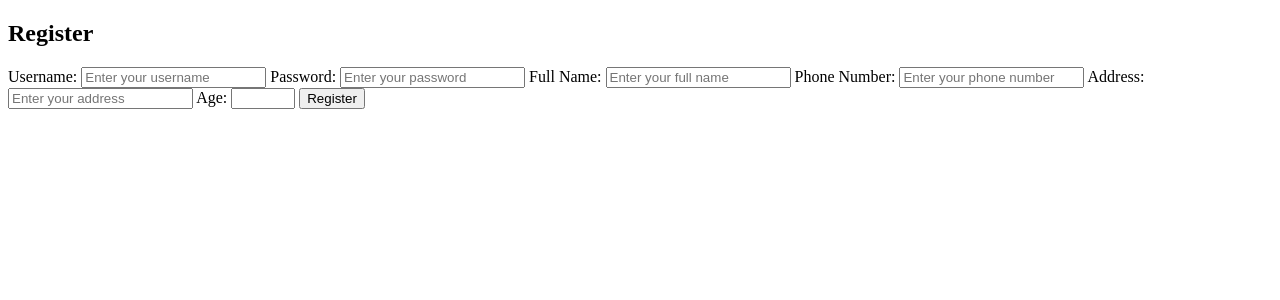
Repository: Loc2804/LTM
Page: http://localhost/RestaurantProject/Register.jsp
These files come from the project's save history. The page is drawn as it stood at one moment and after the next save; the edit follows.
The browser window is 1280 px wide. The pictures show the whole page.
The page is served by Tomcat 10.

Above is the page before, as saved 2024-12-07 08:42:28.

After the next save:
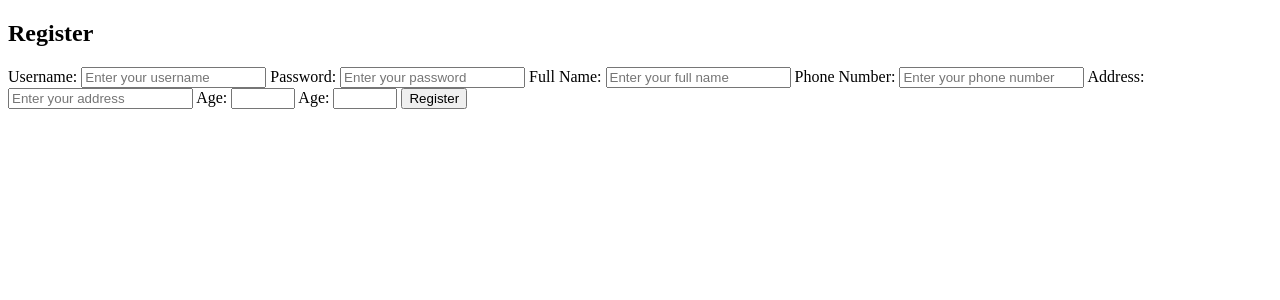
Saved 51 s later.
--- a/RestaurantProject/src/main/webapp/Register.jsp
+++ b/RestaurantProject/src/main/webapp/Register.jsp
@@ -13,7 +13,7 @@
 <body>
     <div class="registration-container">
         <h2>Register</h2>
-        <form action="RegisterController" method="POST">
+        <form action="AuthController" method="POST">
             <label for="username">Username:</label>
             <input type="text" id="username" name="username" class="input-field" placeholder="Enter your username" required>
 
@@ -32,6 +32,10 @@
             <label for="age">Age:</label>
             <input type="number" id="age" name="age" class="input-field" min="1" max="120" required>
 
+            <label for="gender">Age:</label>
+            <input type="number" id="age" name="age" class="input-field" min="1" max="120" required>
+
+			<input type="hidden" id="age" name="age" class="input-field" min="1" max="120" required>
             <button type="submit" class="btn">Register</button>
         </form>
         <%
